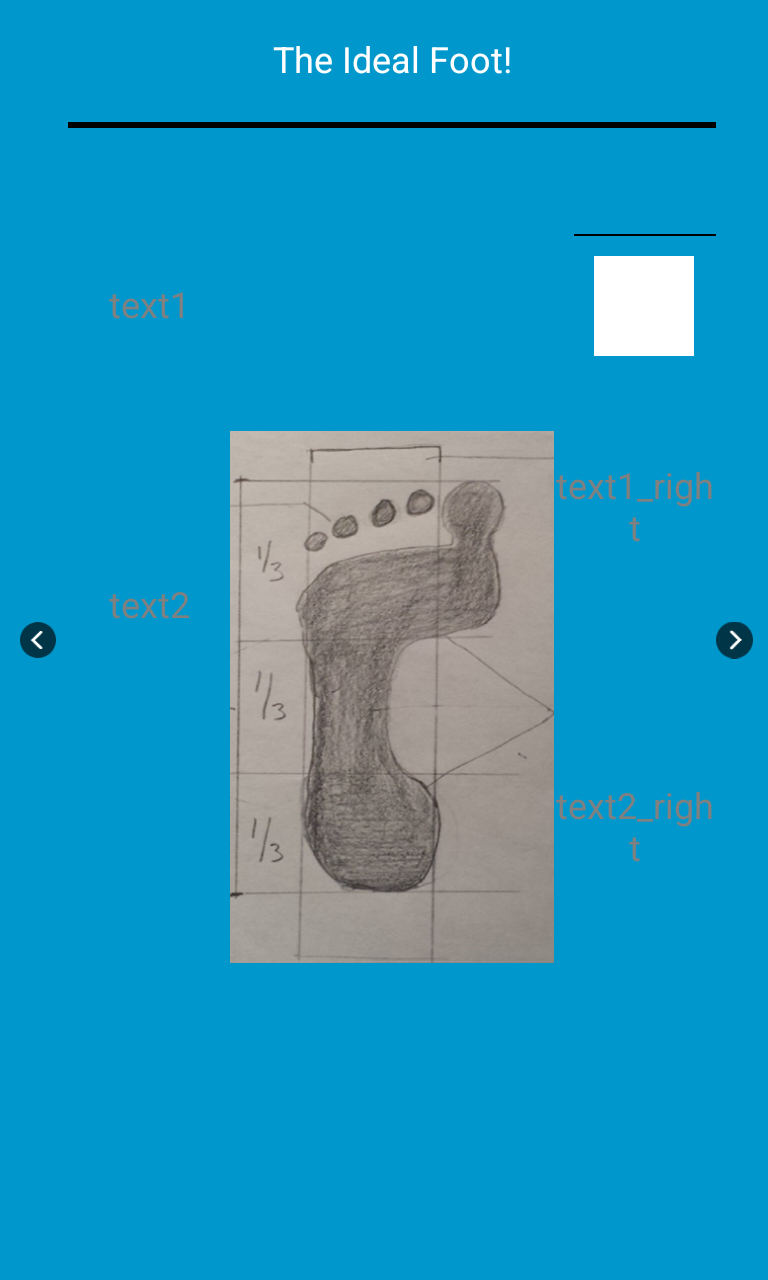
Repository: nanoweb12/GoodFeetAppNew
Layout: GoodFeetapp/res/layout/ideal_foot.xml
The author's editor kept a copy of each file at every save. The layout is drawn from the files as they stood at one save, then again after the next save.
It is drawn on a 768 x 1280 px phone screen (xhdpi) without system bars, with theme MyTheme; the app's code is not run.

Above is the layout before, as saved 2015-02-20 12:29:26.

After the next save:
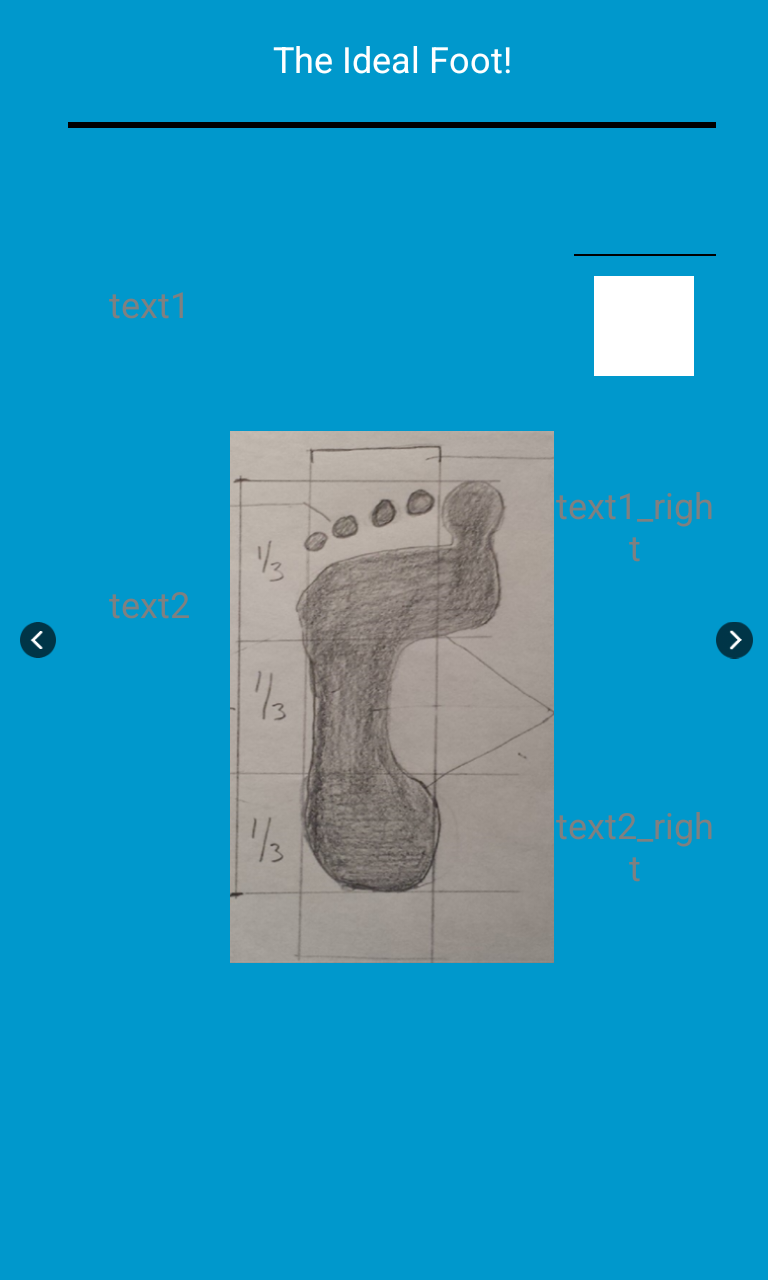
Saved 21 s later.
--- a/GoodFeetapp/res/layout/ideal_foot.xml
+++ b/GoodFeetapp/res/layout/ideal_foot.xml
@@ -95,7 +95,7 @@
                   <View
             android:layout_width="match_parent"
             android:layout_height="1dp"
-           android:layout_marginTop="50dp"
+           android:layout_marginTop="60dp"
                     android:layout_marginLeft="10dp"
 
 
